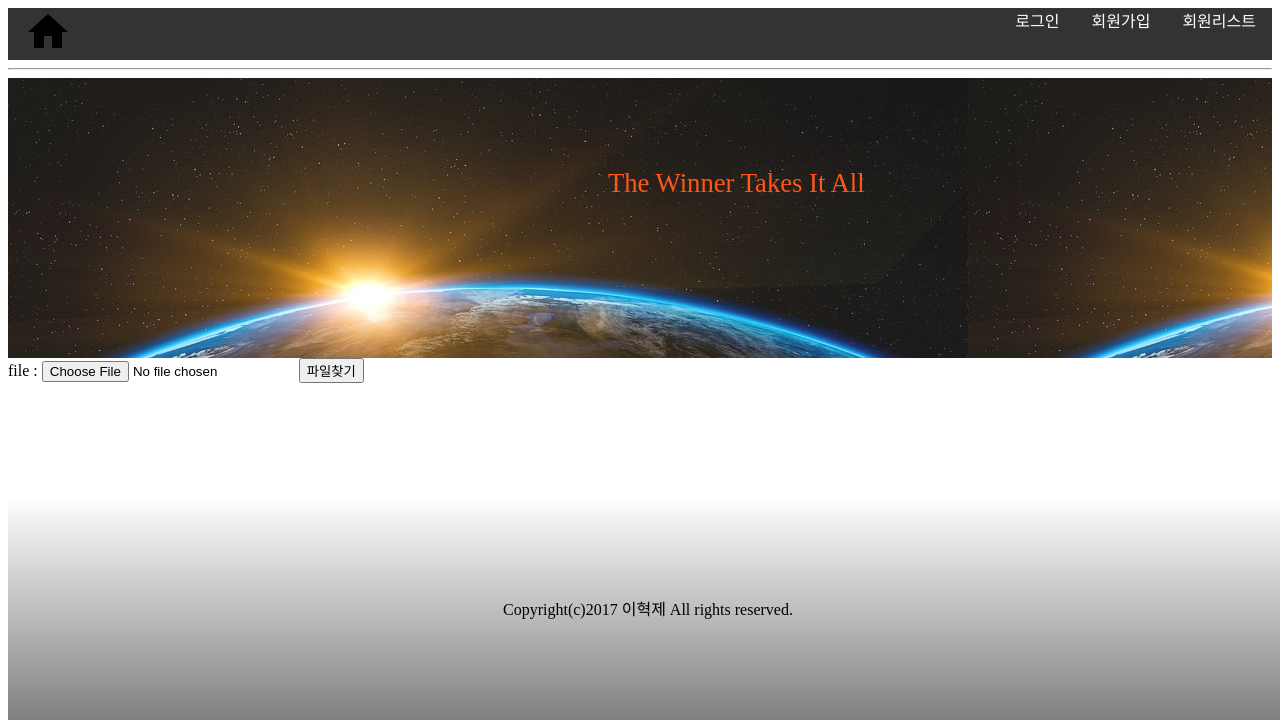
Repository: LeeHyukJe/jsp-bit
Page: http://localhost/jsp3/addrbook/index.jsp
An editor plug-in stored every save of this project. The page is shown before and after the next save, followed by the edit.
The browser window is 1280 px wide. The pictures show the whole page.
The page is served by Tomcat 9. Queries for data that is not in the repository find no rows.

Above is the page before, as saved 2017-09-19 03:53:24.

After the next save:
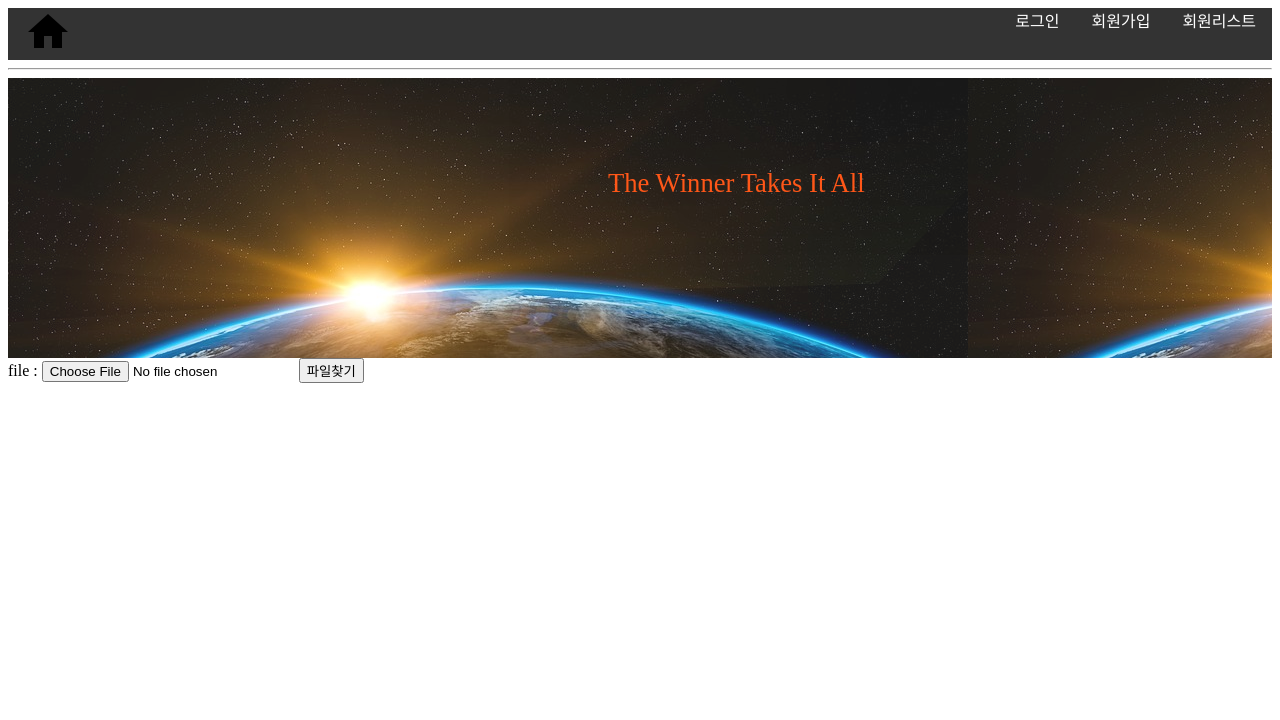
Saved 101 s later.
--- a/jsp3/WebContent/addrbook/index.jsp
+++ b/jsp3/WebContent/addrbook/index.jsp
@@ -62,7 +62,8 @@
 			</div>
 		</div>
 	</div>
-	<div class="gradient1">Copyright(c)2017 이혁제 All rights reserved.
+	<!-- <div class="gradient1">Copyright(c)2017 이혁제 All rights reserved.
+	<!-->
 	</div>
 
 </body>
--- a/jsp3/WebContent/addrbook/Hompage.css
+++ b/jsp3/WebContent/addrbook/Hompage.css
@@ -45,6 +45,7 @@ li a:hover {
 	background-color: #111;
 }
 
+
 div.gradient1 {
 	position: fixed;
 	bottom: 0;
